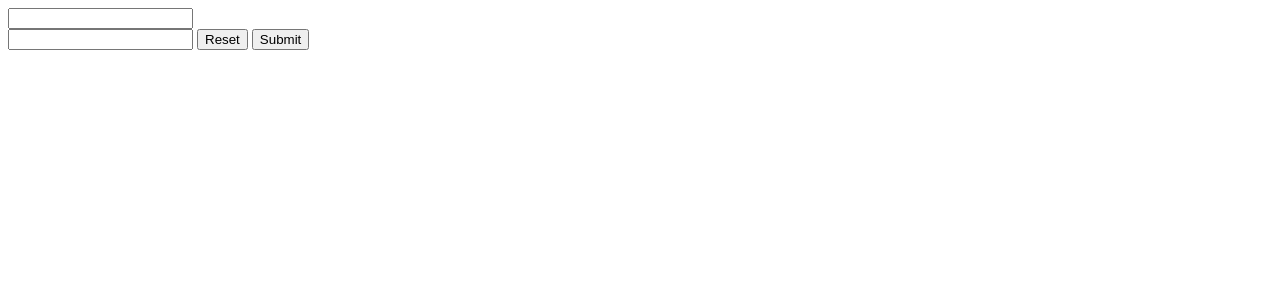
Repository: jungreul97/jsp_pracitce
Page: http://localhost/JSPBasic/JspObject/1.requests/req_param_send.jsp
These files come from the project's save history. The page is drawn as it stood at one moment and after the next save; the edit follows.
The browser window is 1280 px wide. The pictures show the whole page.
The page is served by Tomcat 9.

Above is the page before, as saved 2022-02-03 05:46:58.

### JSPBasic/src/main/webapp/JspObject/1.requests/req_param_send.jsp
<%@ page language="java" contentType="text/html; charset=UTF-8"
    pageEncoding="UTF-8"%>
<!DOCTYPE html>
<html>
<head>
<meta charset="UTF-8">
<title>Insert title here</title>
</head>
<body>
<%-- 아래에 form을 만들고 내부에 input 4개를 만들어 주세요.
input태그의 type 속성은 하나는 text, 하나는 password
name 속성은 하나는 apple, 하나는  banana로 해주세요.
reset 버튼과 submit 버튼도 각각 하나씩 만들어주세요. --%>

<%-- form의 action 부분이 바로 목적지를 적는 부분임.
웹개발에서는 받을 페이지 화면의 주소를 적어줍니다. --%>
	<form action = "req_param_getpost.jsp" method = "get">
		<input type = "text" name = "apple" palceholder = "apple"/><br/>
		<input type = "password" name = "banana" palceholder = "banana"/>
		<input type = "reset">
		<input type = "submit">
	</form>


</body>
</html>

After the next save:
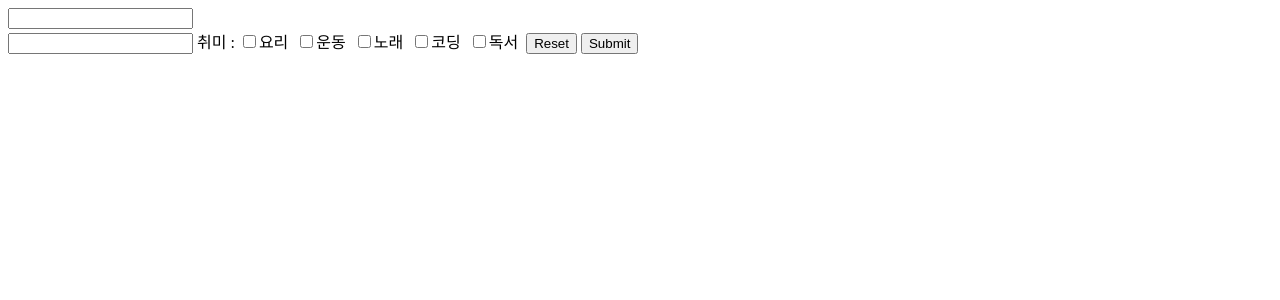
Saved 20 min 10 s later.
--- a/JSPBasic/src/main/webapp/JspObject/1.requests/req_param_send.jsp
+++ b/JSPBasic/src/main/webapp/JspObject/1.requests/req_param_send.jsp
@@ -17,6 +17,14 @@
 	<form action = "req_param_getpost.jsp" method = "get">
 		<input type = "text" name = "apple" palceholder = "apple"/><br/>
 		<input type = "password" name = "banana" palceholder = "banana"/>
+
+		취미 :
+		<input type = "checkbox" name = "hobby">요리&nbsp;
+		<input type = "checkbox" name = "hobby">운동&nbsp;
+		<input type = "checkbox" name = "hobby">노래&nbsp;
+		<input type = "checkbox" name = "hobby">코딩&nbsp;
+		<input type = "checkbox" name = "hobby">독서&nbsp;
+
 		<input type = "reset">
 		<input type = "submit">
 	</form>
